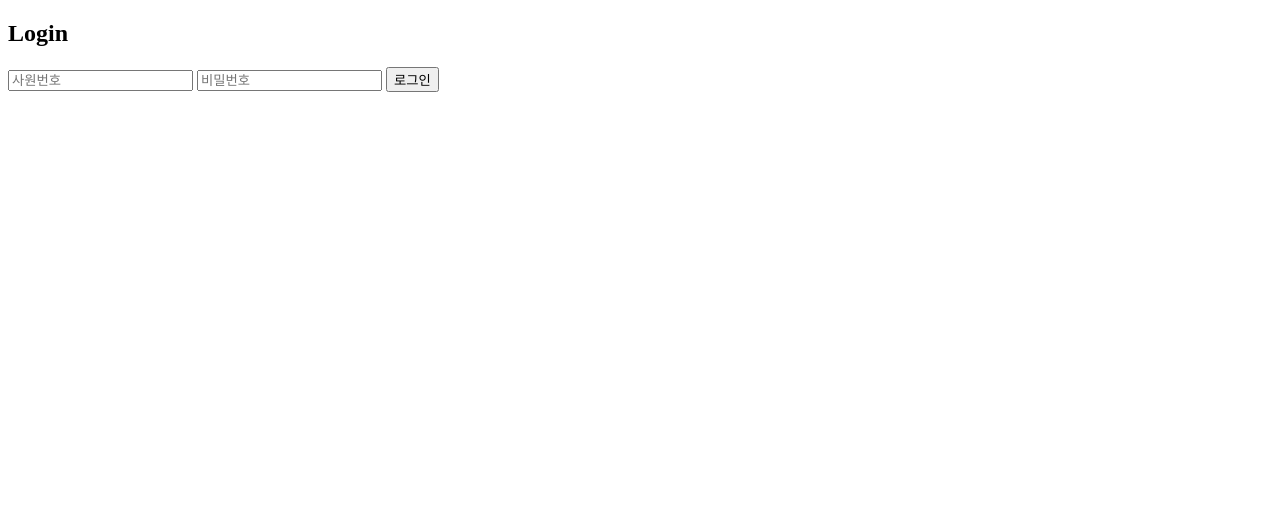
Repository: heyJSH/Study_java_web_sol
Page: http://localhost/jspweb_09/loginform.jsp
The author's editor kept a copy of each file at every save. The page is drawn from the files as they stood at one save, then again after the next save.
The browser window is 1280 px wide. The pictures show the whole page.
The page is served by Tomcat 9. Other server files are loaded and not shown.

Above is the page before, as saved 2024-01-15 00:50:16.

### workspace_stsb/jspweb_09/src/main/webapp/loginform.jsp
<%@ page language="java" contentType="text/html; charset=UTF-8"
    pageEncoding="UTF-8"%>
    <%@ page import="java.sql.*" %>		<!-- 에디터 버그 때문에 임시 작성한 코드 -->
<!DOCTYPE html>
<html>
<head>
<meta charset="UTF-8">
<title>Insert title here</title>
</head>
<body>
	<div class="login-container">
    <h2>Login</h2>
    <form class="login-form">
        <input type="text" id="employeeId" placeholder="사원번호" required>
        <input type="password" id="password" placeholder="비밀번호" required>
        <button type="button" onclick="login()">로그인</button>
    </form>
	</div>
</body>
</html>

After the next save:
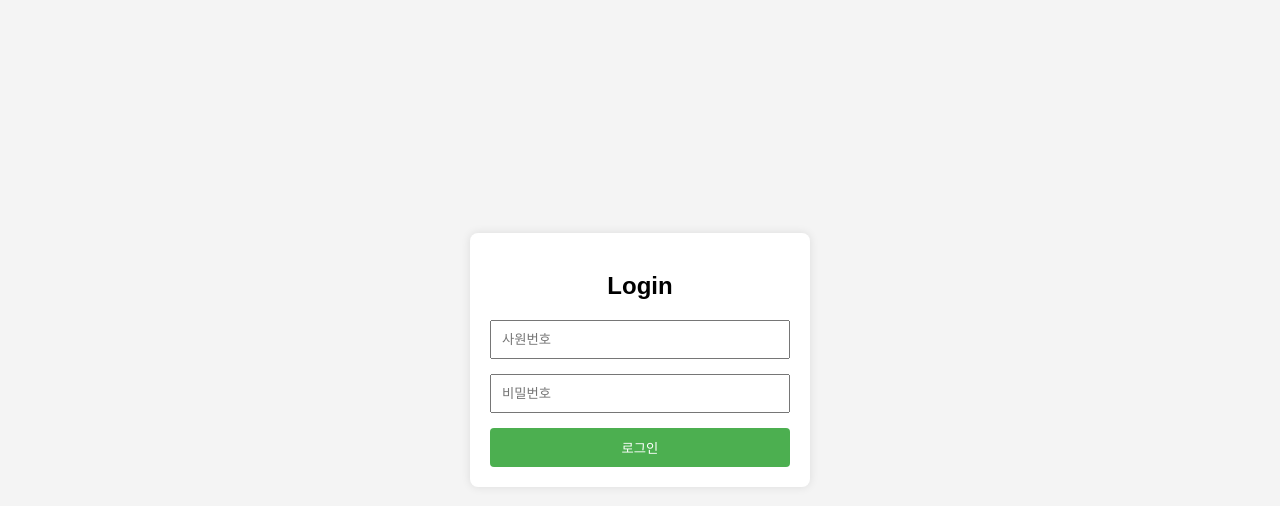
Saved 14 s later.
--- a/workspace_stsb/jspweb_09/src/main/webapp/loginform.jsp
+++ b/workspace_stsb/jspweb_09/src/main/webapp/loginform.jsp
@@ -6,6 +6,52 @@
 <head>
 <meta charset="UTF-8">
 <title>Insert title here</title>
+    <style>
+        body {
+            font-family: Arial, sans-serif;
+            background-color: #f4f4f4;
+            margin: 0;
+            padding: 0;
+            display: flex;
+            align-items: center;
+            justify-content: center;
+            height: 100vh;
+        }
+
+        .login-container {
+            background-color: #fff;
+            padding: 20px;
+            border-radius: 8px;
+            box-shadow: 0 0 10px rgba(0, 0, 0, 0.1);
+            width: 300px;
+            text-align: center;
+        }
+
+        .login-container h2 {
+            margin-bottom: 20px;
+        }
+
+        .login-form input {
+            width: 100%;
+            padding: 10px;
+            margin-bottom: 15px;
+            box-sizing: border-box;
+        }
+
+        .login-form button {
+            background-color: #4caf50;
+            color: #fff;
+            padding: 10px;
+            border: none;
+            border-radius: 4px;
+            cursor: pointer;
+            width: 100%;
+        }
+
+        .login-form button:hover {
+            background-color: #45a049;
+        }
+    </style>
 </head>
 <body>
 	<div class="login-container">
